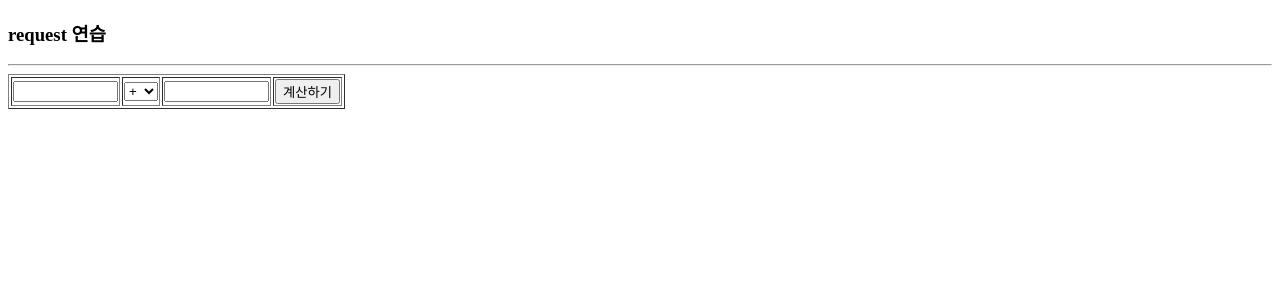
Repository: kdh4357065/3_highjava
Page: http://localhost/webTest/basic/reqNresp/requestTest02.jsp
The author's editor kept a copy of each file at every save. The page is drawn from the files as they stood at one save, then again after the next save.
The browser window is 1280 px wide. The pictures show the whole page.
The page is served by Tomcat 9.

Above is the page before, as saved 2023-03-28 23:54:56.

After the next save:
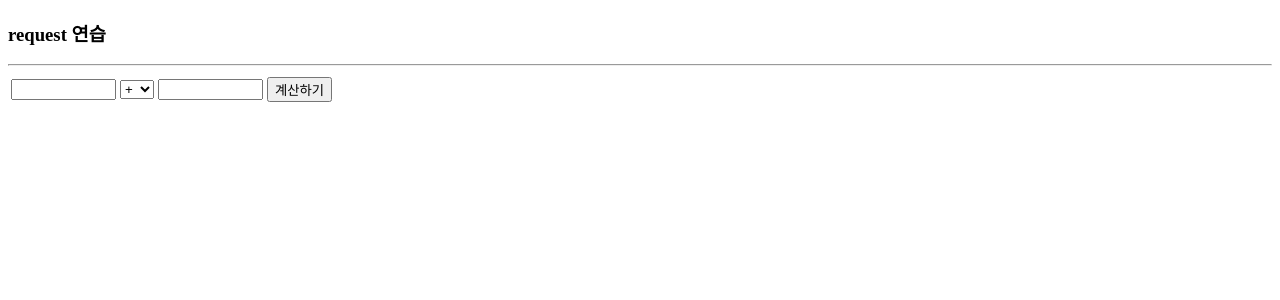
Saved 16 min 52 s later.
--- a/WorkSpace/webTest/src/main/webapp/basic/reqNresp/requestTest02.jsp
+++ b/WorkSpace/webTest/src/main/webapp/basic/reqNresp/requestTest02.jsp
@@ -20,7 +20,7 @@
 	10 / 4 = 2.5
 -->
 <form action="/webTest/requestTest02.do" method="get">
-<table border="1">
+<table>
 <tr>
 	<td><input type="text" size="10" name="firstNum"></td>
 	<td>
